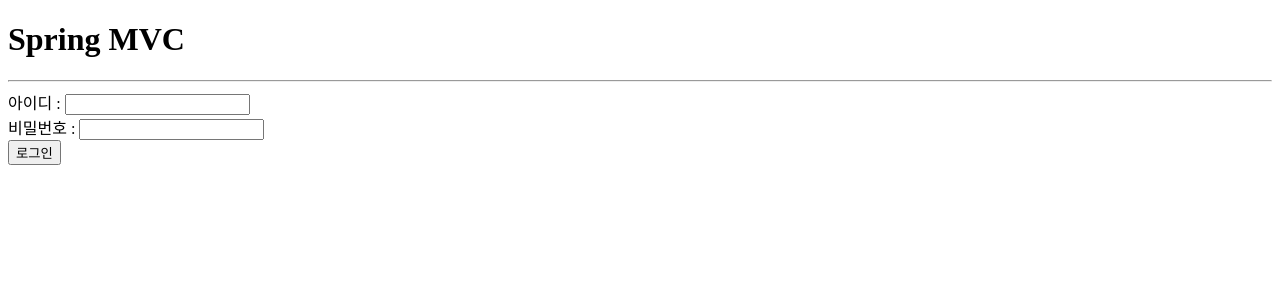
Repository: bbookk1104/spring-workspace
Page: http://localhost/01_SpringMVC/
The author's editor kept a copy of each file at every save. The page is drawn from the files as they stood at one save, then again after the next save.
The browser window is 1280 px wide. The pictures show the whole page.
The page is served by Tomcat 9. Other server files are loaded and not shown.

Above is the page before, as saved 2022-09-29 08:03:36.

### 01_SpringMVC/src/main/webapp/index.jsp
<%@ page language="java" contentType="text/html; charset=UTF-8"
    pageEncoding="UTF-8"%>
<!DOCTYPE html>
<html>
<head>
<meta charset="UTF-8">
<title>Insert title here</title>
</head>
<body>
	<h1>Spring MVC</h1>
	<hr>
	<form action="/login.do" method="post">
		아이디 : <input type="text" name="memberId"><br>
		비밀번호 : <input type="password" name="memberPw"><br>
		<input type="submit" value="로그인">
	</form>
</body>
</html>

After the next save:
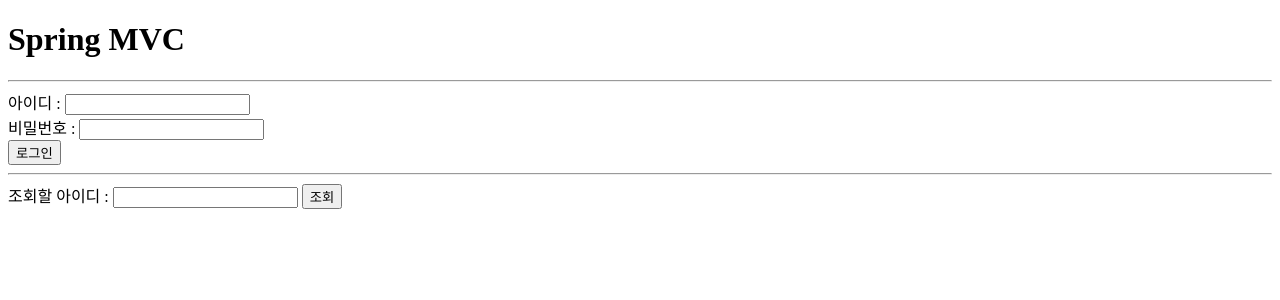
Saved 48 s later.
--- a/01_SpringMVC/src/main/webapp/index.jsp
+++ b/01_SpringMVC/src/main/webapp/index.jsp
@@ -14,5 +14,10 @@
 		비밀번호 : <input type="password" name="memberPw"><br>
 		<input type="submit" value="로그인">
 	</form>
+	<hr>
+	<form action="/search.do" method="get">
+		조회할 아이디 : <input type="text" name="memberId">
+		<input type="submit" value="조회">
+	</form>
 </body>
 </html>
